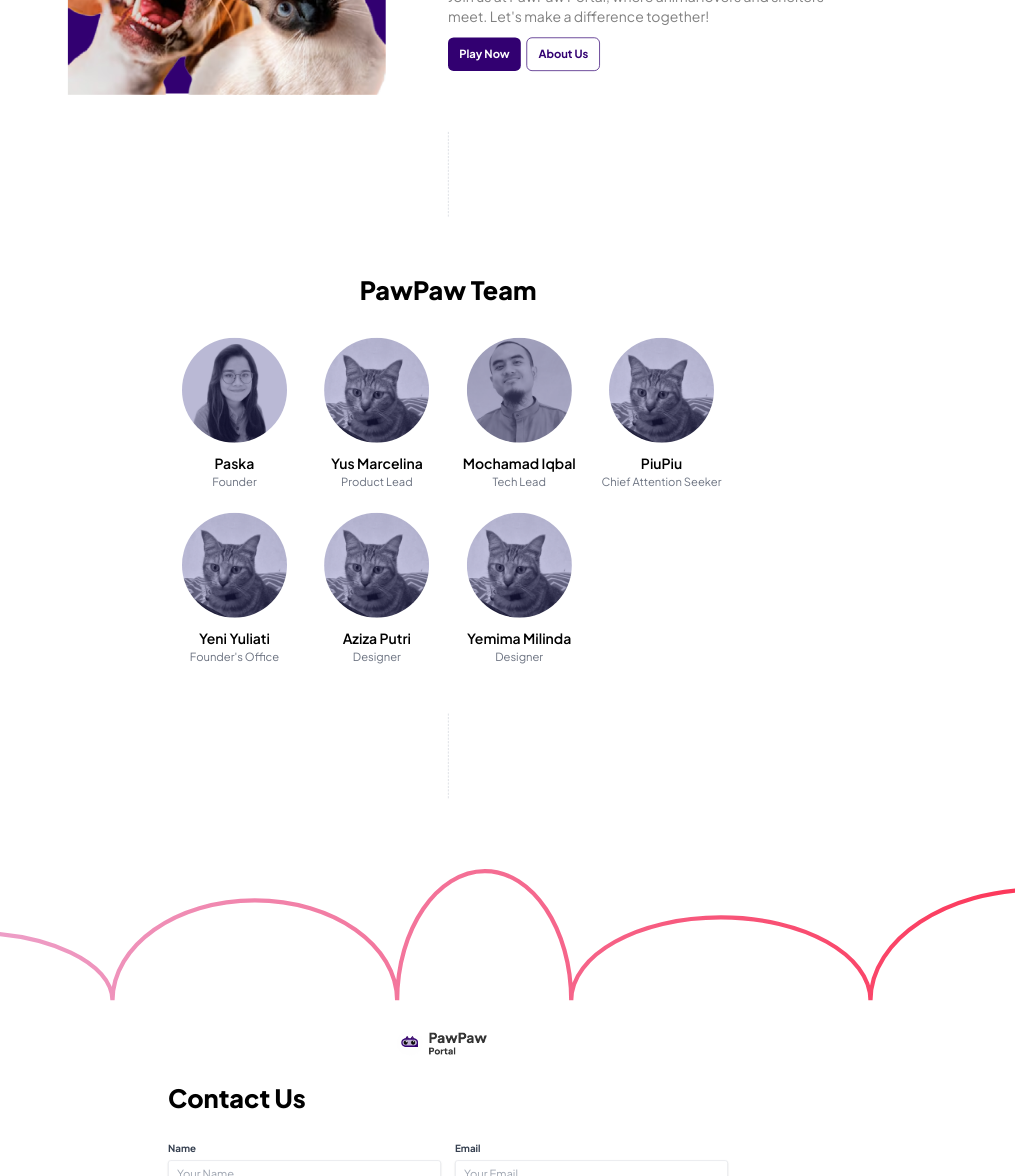
Repository: paskasiregar/pawpawwebsite
Page: /
These files come from the project's save history. The page is drawn as it stood at one moment and after the next save; the edit follows.
The browser window is 1280 px wide. The page is 1450 px wide, so the pictures cover 1450 px, including what lies to the right of the window. The pictures show the part of the page from y = 1388 to 3068 px (the page is 4024 px tall), at 70% of full size.
The project was rebuilt for these pictures with package versions that can differ from the ones it lists, and the page was loaded fresh each time. The framework's server and built-in components were replaced by stand-ins that run in the browser. Also part of the build but not shown: next.config.js, next.config.mjs.

Above is the page before, as saved 2024-09-06 11:58:07.

After the next save:
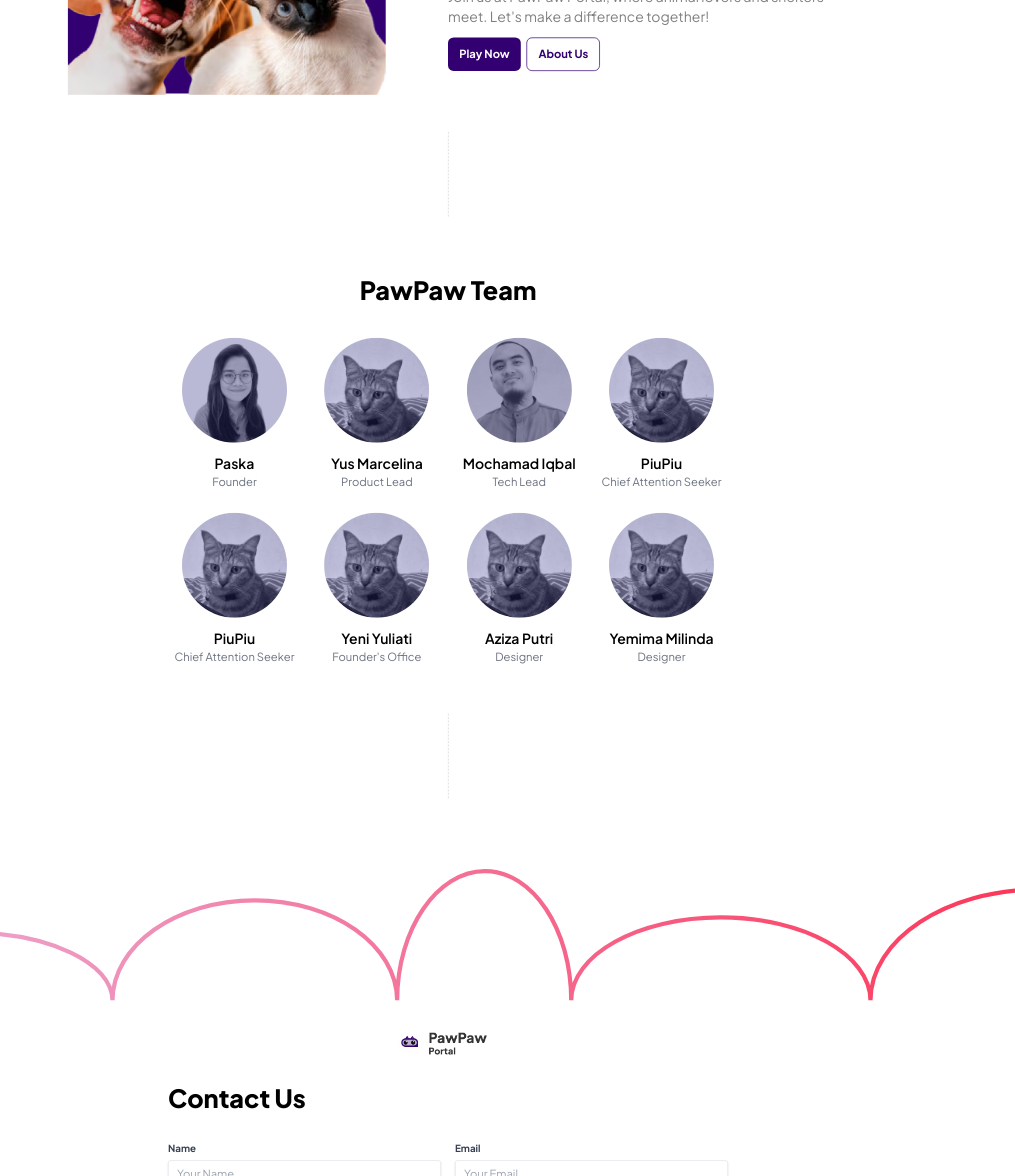
Saved 15 min 20 s later.
--- a/src/app/page.js
+++ b/src/app/page.js
@@ -14,6 +14,7 @@ import Head from "next/head";
 import piupiu from "../assets/piupiu.png";
 import paska from "../assets/paska.png";
 import iqbal from "../assets/iqbal.png";
+import kun from "../assets/kun.png";
 
 export default async function Home() {
   return (
@@ -192,6 +193,20 @@ export default async function Home() {
                   <div className="text-gray-500">Tech Lead</div>
                 </div>
 
+                {/* Kun */}
+                <div className="flex flex-col items-center">
+                  <Image
+                    className="rounded-full object-cover"
+                    alt="PiuPiu"
+                    src={piupiu}
+                    width={150}
+                    height={150}
+                    sizes="(max-width: 768px) 100px, (max-width: 1200px) 150px, 200px"
+                  />
+                  <div className="text-xl font-semibold mt-4">PiuPiu</div>
+                  <div className="text-gray-500">Chief Attention Seeker</div>
+                </div>
+
                 {/* PiuPiu */}
                 <div className="flex flex-col items-center">
                   <Image
